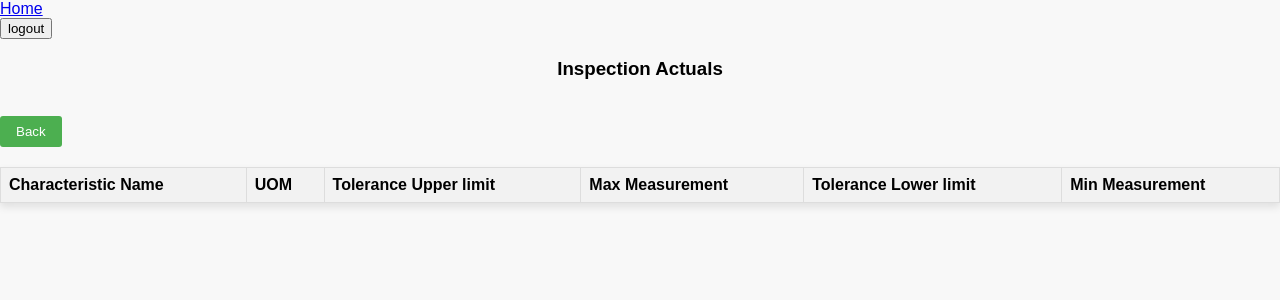
Repository: SJagadesh123/material-inspection01
Page: http://localhost/material_inspection/views/start-approval.jsp
An editor plug-in stored every save of this project. The page is shown before and after the next save, followed by the edit.
The browser window is 1280 px wide. The pictures show the whole page.
The page is served by Tomcat 10. Other server files are loaded and not shown. The template is opened directly, without the code that normally fills it, so the values that code supplies are empty.

Above is the page before, as saved 2024-02-10 16:52:42.
Not found: material inspection/material_inspection/css/header.css

### material inspection/material_inspection/src/main/webapp/views/start-approval.jsp
<jsp:include page="header.jsp"></jsp:include>
<%@ page language="java" contentType="text/html; charset=ISO-8859-1"
	pageEncoding="ISO-8859-1"%>
<%@ taglib uri="http://java.sun.com/jsp/jstl/core" prefix="c"%>
<%@ page import="java.util.*"%>
<%@ page import="com.zettamine.mi.entities.Plant"%>

<!DOCTYPE html>
<html>
<head>
<meta charset="ISO-8859-1">
<link rel="stylesheet" href="/css/search-list.css" />
<style type="text/css">
h3 {
	text-align: center;
}
 .red-text {
            color: red;
        }
</style>
<title>Inspection Actuals</title>
</head>
<body>
	<h3>Inspection Actuals</h3>
	<br>
	<input type="button" value="Back"
		onclick="window.location.href='/material-inspection/inspection/pending'">
	<table class="search-results">
		<thead>
			<tr>
				<th>Characteristic Name</th>
				<th>UOM</th>
				<th>Tolerance Upper limit </th>
				<th>Max Measurement</th>
				<th>Tolerance Lower limit</th>
				<th>Min Measurement</th>

			</tr>
		</thead>
		<tbody>

			<c:forEach var="charItem" items="${characteristics}">
				<c:forEach var="actualItem" items="${inspectionActual}">
					<c:if test="${charItem.chId eq actualItem.materialCharacteristic.chId}">
						<tr>
							<td><c:out value="${charItem.chDesc}" /></td>
							<td><c:out value="${charItem.uom}" /></td>
							<td><c:out value="${charItem.upperLimit}" /></td>
							<td
								<c:if test="${actualItem.maxMeasurement gt charItem.upperLimit}">
                                class="red-text"
                            </c:if>>
								<c:out value="${actualItem.maxMeasurement}" />
							</td>
							<td><c:out value="${charItem.lowerLimit}" /></td>
							<td
								<c:if test="${actualItem.minMeasurement lt charItem.lowerLimit}">
                                class="red-text"
                            </c:if>>
								<c:out value="${actualItem.minMeasurement}" />
							</td>
						</tr>
					</c:if>


				</c:forEach>
			</c:forEach>


		</tbody>
	</table>


</body>
</html>

### material inspection/material_inspection/src/main/webapp/views/header.jsp
<%@ page language="java" contentType="text/html; charset=ISO-8859-1"
	pageEncoding="ISO-8859-1"%>


<!DOCTYPE html>
<html lang="en">

<head>
<meta charset="UTF-8">
<meta name="viewport" content="width=device-width, initial-scale=1.0">

<link rel="stylesheet" href="/css/header.css">

</head>

<body>

	<nav>
		<div id="logo">

		</div>
		<div id="home-logout">
			<a href="/material-inspection/home-page">Home</a>

		</div>
		<form action="logout"><input type="submit" value="logout"></form>
	</nav>



</body>

</html>

### material inspection/material_inspection/src/main/webapp/css/search-list.css
@charset "ISO-8859-1";

body {
	font-family: Arial, sans-serif;
	background-color: #f8f8f8;
	margin: 0;
	padding: 0;
}

table.search-results {
	width: 100%;
	border-collapse: collapse;
	margin-top: 20px;
	background-color: #fff;
	box-shadow: 0 4px 8px rgba(0, 0, 0, 0.1);
}

table.search-results th, table.search-results td {
	border: 1px solid #ddd;
	padding: 8px;
	text-align: left;
}

table.search-results th {
	background-color: #f2f2f2;
}

.action-links a {
	margin-right: 10px;
	text-decoration: none;
	padding: 5px 10px;
	border: 1px solid #ccc;
	border-radius: 3px;
	color: #333;
}

.action-links a:hover {
	background-color: green;
}

input[type="button"] {
	padding: 8px 16px;
	background-color: #4caf50;
	color: #fff;
	border: none;
	border-radius: 3px;
	cursor: pointer;
	transition: background-color 0.3s ease-in-out;
}

input[type="button"]:hover {
	background-color: #45a049;
}

.container {
	display: flex;
	justify-content: center;
	align-items: center;
	height: 100%;
	background-color: #f0f0f0;
}

.inspection-table {
	border-collapse: collapse;
	width: 30%;
	margin-top: 30px;

}

.inspection-table th, .inspection-table td {
	padding: 8px;
	text-align: left;
	border-bottom: 1px solid #ddd;
}

.inspection-table th {
	background-color: #f2f2f2;
}

.inspection-table td {
	background-color: #fff;
}

After the next save:
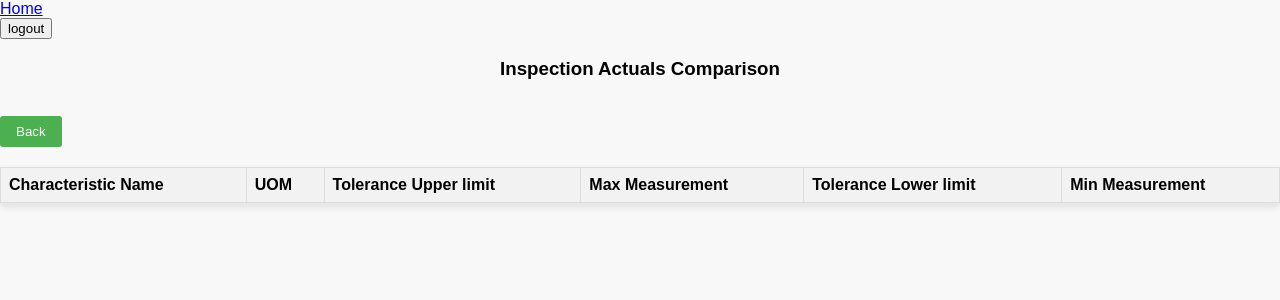
Saved 50 s later.
--- a/material inspection/material_inspection/src/main/webapp/views/start-approval.jsp
+++ b/material inspection/material_inspection/src/main/webapp/views/start-approval.jsp
@@ -18,10 +18,10 @@ h3 {
             color: red;
         }
 </style>
-<title>Inspection Actuals</title>
+<title>Approval</title>
 </head>
 <body>
-	<h3>Inspection Actuals</h3>
+	<h3>Inspection Actuals Comparison</h3>
 	<br>
 	<input type="button" value="Back"
 		onclick="window.location.href='/material-inspection/inspection/pending'">
